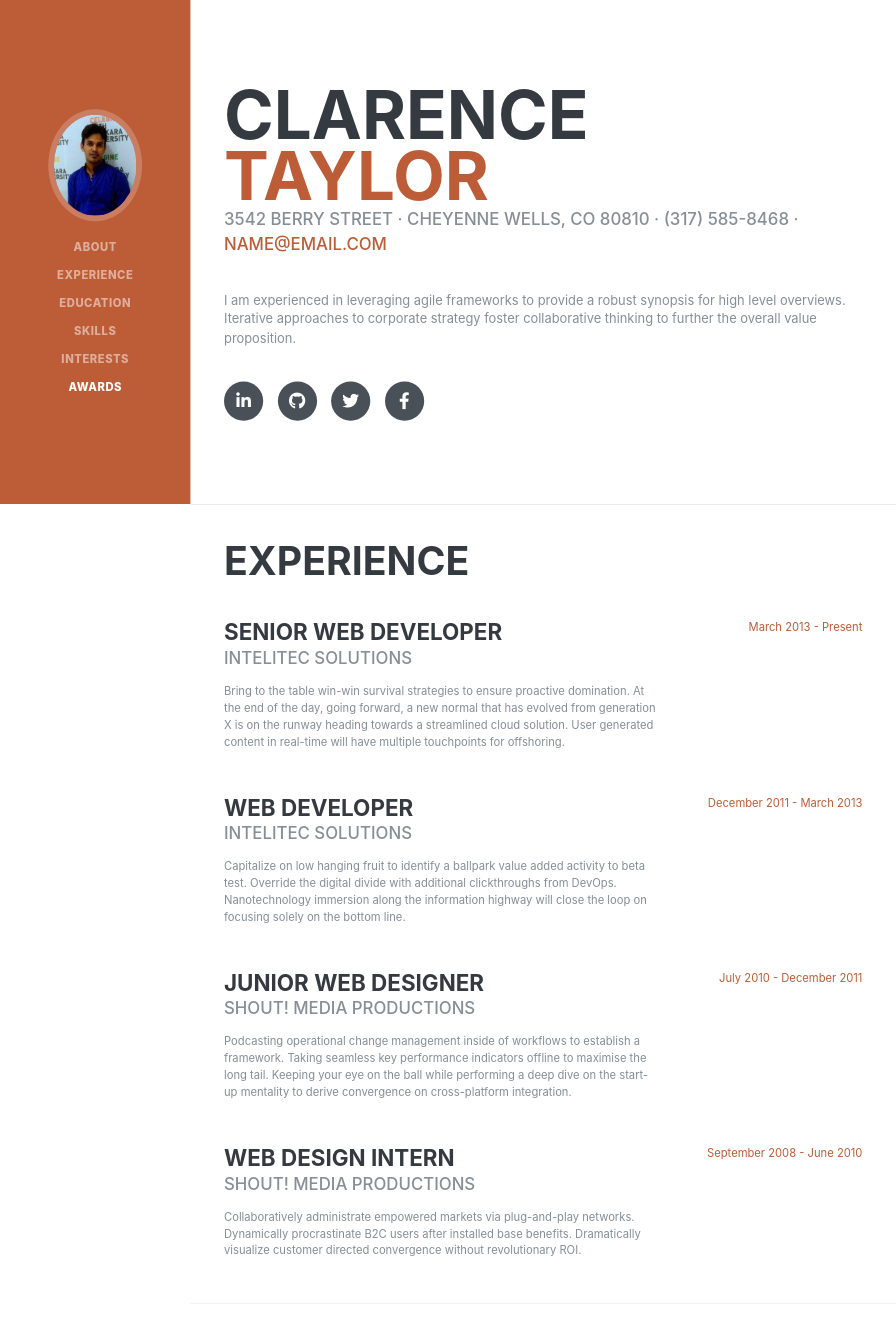
Repository: ankitkeshari719/ankitkeshari719.github.io
Page: index.html
These files come from the project's save history. The page is drawn as it stood at one moment and after a run of saves; the edit follows.
The browser window is 1280 px wide. The pictures show the part of the page from y = 0 to 1920 px (the page is 4746 px tall), at 70% of full size.
Some web fonts or font styles are not loaded; a fallback is used.

Above is the page before, as saved 2020-03-13 15:45:09.

After the next 2 saves:
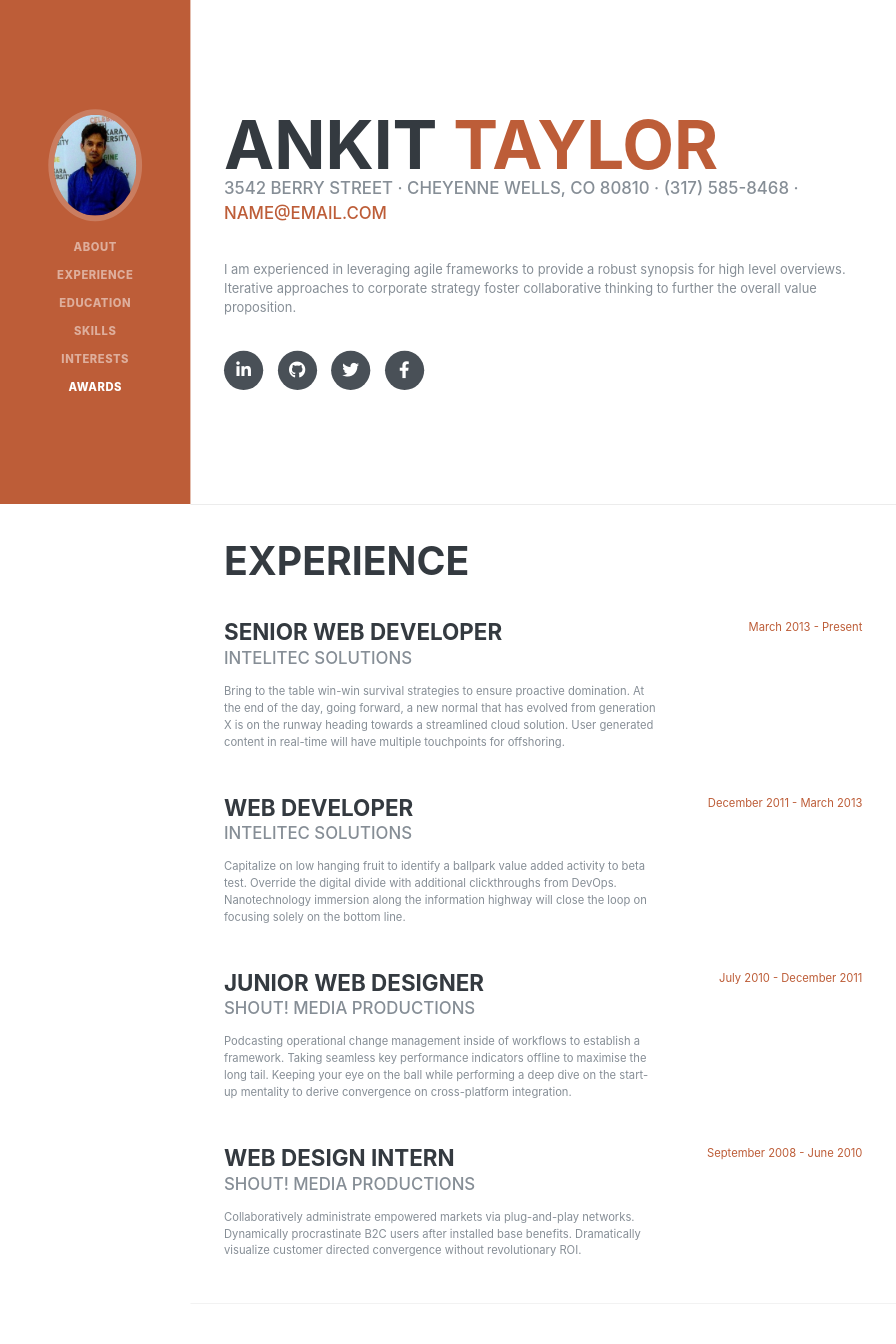
The 2 saves are shown as one change because they came seconds apart.
The last was saved 96 s later.
--- a/index.html
+++ b/index.html
@@ -63,7 +63,7 @@
 
     <section class="resume-section p-3 p-lg-5 d-flex align-items-center" id="about">
       <div class="w-100">
-        <h1 class="mb-0">Clarence
+        <h1 class="mb-0">Ankit
           <span class="text-primary">Taylor</span>
         </h1>
         <div class="subheading mb-5">3542 Berry Street · Cheyenne Wells, CO 80810 · (317) 585-8468 ·
